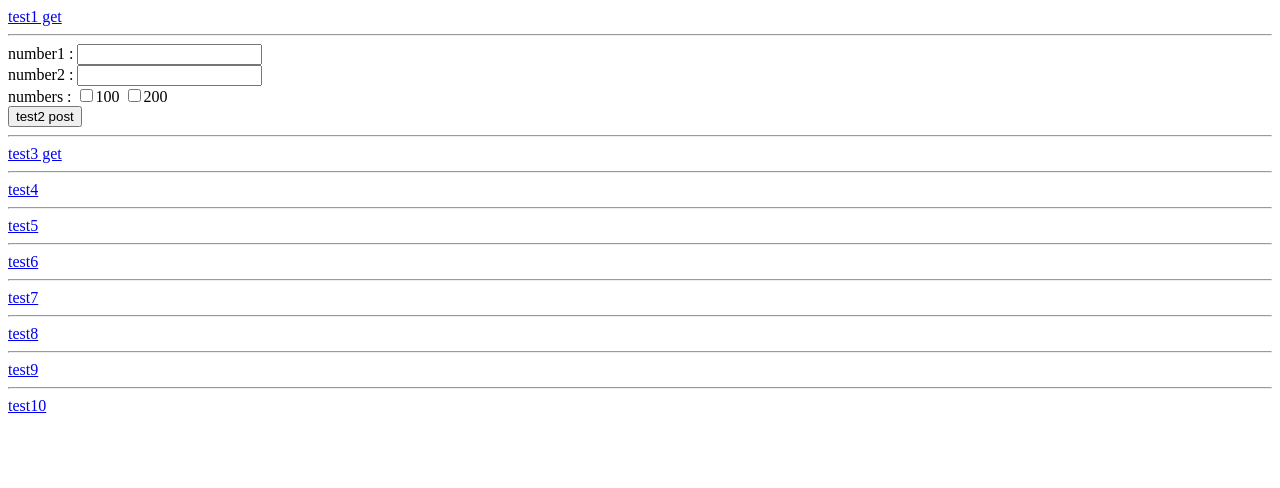
Repository: heojun0827/SpringMvc
Page: http://localhost/GetParameter/WEB-INF/views/index.jsp
These files come from the project's save history. The page is drawn as it stood at one moment and after the next save; the edit follows.
The browser window is 1280 px wide. The pictures show the whole page.
The page is served by Tomcat 9. Nobody is signed in. Other server files are loaded and not shown. The template is opened directly, without the code that normally fills it, so the values that code supplies are empty.

Above is the page before, as saved 2023-06-05 07:43:42.

### GetParameter/WebContent/WEB-INF/views/index.jsp
<%@ page language="java" contentType="text/html; charset=UTF-8"
    pageEncoding="UTF-8"%>
<!DOCTYPE html>
<html>
<head>
<meta charset="UTF-8">
<title>Insert title here</title>
</head>
<body>
<!-- get 방식으로 이동하면서 data 전달하기 -->
	<a href='test1?number1=100&number2=200&numbers=300&numbers=400'>test1 get</a>
	<hr>
	<form action='test2' method='post'>
		number1 : <input type='text' name='number1'/><br>
		number2 : <input type='text' name='number2'/><br>
		numbers : <input type='checkbox' name='numbers' value='100'>100
				  <input type='checkbox' name='numbers' value='200'>200<br>
		<button type='submit'>test2 post</button>
	</form>
	<hr>
	<a href='test3?number1=100&number2=200&numbers=300&numbers=400'>test3 get</a>
	<hr>
	<a href='test4/111/222/333'>test4</a>
	<hr>
	<a href='test5/111/222/333/444'>test5</a>
	<hr>
	<a href='test6?num1=11&num2=22&nums=33&nums=44'>test6</a><br>
	<hr>
	<a href='test7?num1=11&num2=22&nums=33&nums=44'>test7</a><br>
	<hr>
	<a href='test8?num1=11&num2=22&nums=33&nums=44'>test8</a><br>
	<hr>
	<a href='test9?num1=11&num2=22&nums=33&nums=44'>test9</a><br>
	<hr>
	<a href='test10?num1=11&num2=22&num4=1234&nums=33&nums=44'>test10</a><br>
</body>
</html>

After the next save:
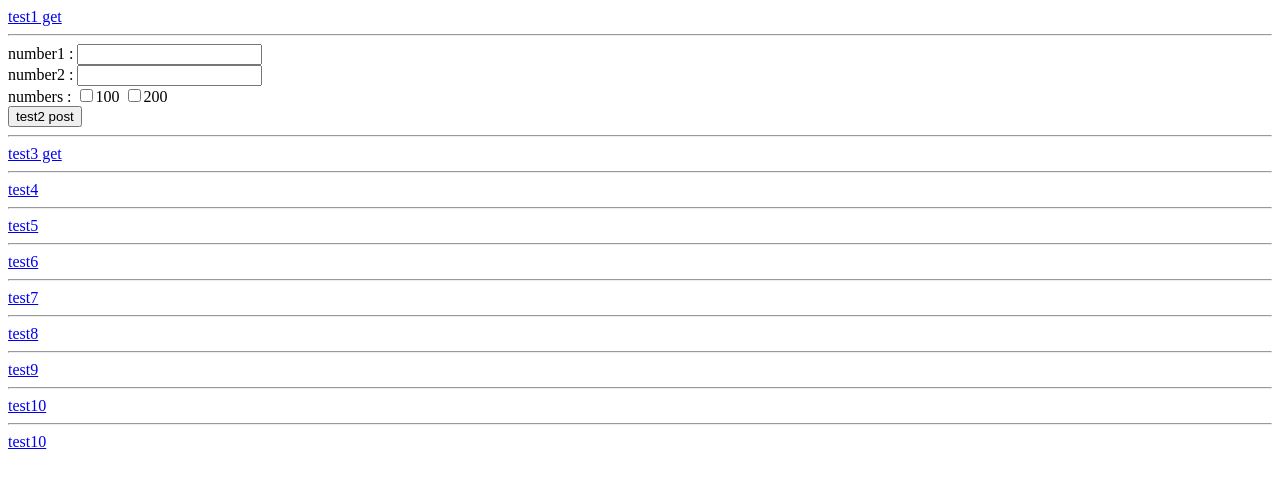
Saved 107 s later.
--- a/GetParameter/WebContent/WEB-INF/views/index.jsp
+++ b/GetParameter/WebContent/WEB-INF/views/index.jsp
@@ -33,5 +33,7 @@
 	<a href='test9?num1=11&num2=22&nums=33&nums=44'>test9</a><br>
 	<hr>
 	<a href='test10?num1=11&num2=22&num4=1234&nums=33&nums=44'>test10</a><br>
+		<hr>
+	<a href='test10?num1=11&num2=22&num4=1234&nums=33&nums=44'>test10</a><br>
 </body>
 </html>
